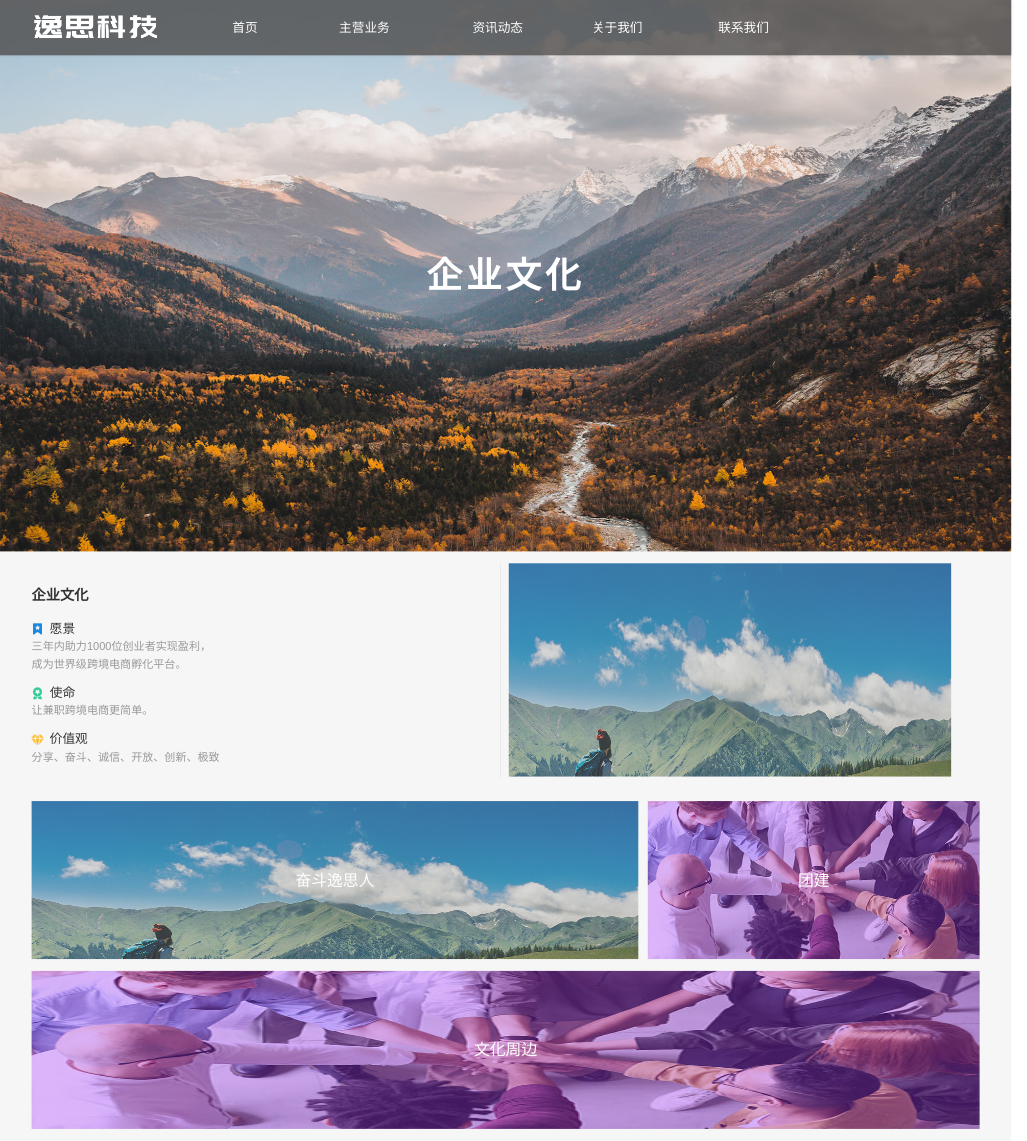
Repository: masterzhang/ztn
Page: brief3.html
An editor plug-in stored every save of this project. The page is shown before and after the next save, followed by the edit.
The browser window is 1280 px wide. The page is 1300 px wide, so the pictures cover 1300 px, including what lies to the right of the window. The pictures show the part of the page from y = 0 to 1444 px (the page is 1888 px tall), at 79% of full size.
Pictures or frames that could not be fetched are drawn as grey boxes.

Above is the page before, as saved 2021-11-25 15:54:06.
Console error: TypeError: Cannot read properties of undefined (reading 'top')

### brief3.html
<!DOCTYPE html
  PUBLIC "-//W3C//DTD XHTML 1.0 Transitional//EN" "http://www.w3.org/TR/xhtml1/DTD/xhtml1-transitional.dtd">
<!-- saved from url=(0032)https://www.ztn.com/culture.html -->
<html xmlns="http://www.w3.org/1999/xhtml">

<head>
  <meta http-equiv="Content-Type" content="text/html; charset=UTF-8">


  <meta http-equiv="X-UA-Compatible" content="IE=edge,chrome=1">
  <meta name="viewport"
    content="width=device-width, user-scalable=yes, initial-scale=0.2, maximum-scale=1.0, minimum-scale=0.2">
  <title>逸思科技-跨境电商孵化平台</title>
  <link href="/css/favicon.ico" rel="shortcut icon">
  <link rel="stylesheet" type="text/css" href="/css/settings.css">
  <link rel="stylesheet" type="text/css" href="/css/responsive.css">
  <link rel="stylesheet" href="/css/korbin.css">
  <script type="text/javascript" src="/js/jquery-3.6.0.min.js"></script>
</head>

<body>

  <div class="head">
    <div class="logo">
      <h1 style="margin-left: 20px;">
        <img src="/self/images2/logo.png" alt="">
      </h1>
    </div>
    <div class="nav">
      <ul>
        <li> <a class="cnh " href="/"> 首页 </a> </li>
        <li> <a class="cnh  arr " href="javascript:void(0);"> 主营业务 </a>
          <div class="sub">
            <a href="/oversea.html"> 业务模式</a>
          </div>
        </li>
        <li> <a class="cnh" href="/news.html"> 资讯动态 </a>
        </li>
        <li> <a class="cnh  arr " href="javascript:void(0);"> 关于我们 </a>
          <div class="sub">
            <a href="/brief2.html"> 企业介绍</a>
            <a href="/brief.html"> 企业发展</a>
            <a href="/culture.html"> 企业地图</a>
            <a href="/brief3.html"> 企业文化</a>
          </div>
        </li>
        <li> <a class="cnh arr" href="/contact.html"> 联系我们 </a>
          <div class="sub">
            <a href="/jobs.html"> 加入我们</a>
            <a href="/contact.html"> 联系我们</a>
          </div>
        </li>
      </ul>
    </div>
  </div>

  <link rel="stylesheet" type="text/css" href="/css/swiper.min.css">

  <div class="PageMain" style="background: #f6f6f6;">
    <div class="bannerInpicx juzhong">
      <img style="width: 100%;" src="/self/images2/企业文化顶图.jpg">
      <p class="ztculture">企业文化</p>
    </div>
    <div class="pagemian">
      <div class="pagemian_swiper">
        <div class="pagemian_swiper_left">
          <h3 class="culture_title">企业文化</h3>
          <div class="culture_line">
            <p class="cultureTilte"><img src="/images/58065b8d337ec5f1d0058ac9f7bae79c.png"> 愿景</p>
            <p class="cultureJie">三年内助力1000位创业者实现盈利，<br />成为世界级跨境电商孵化平台。</p>
          </div>
          <div class="culture_line">
            <p class="cultureTilte"><img src="/images/d44f9d1443049c06d1db48b1de49cf1c.png"> 使命</p>
            <p class="cultureJie">让兼职跨境电商更简单。</p>
          </div>
          <div class="culture_line">
            <p class="cultureTilte"><img src="/images/1cdfa37ff9de252cab676b4e3ab49286.png"> 价值观</p>
            <p class="cultureJie">分享、奋斗、诚信、开放、创新、极致</p>
          </div>

        </div>
        <div class="pagemian_swiper_right" style="display: block;">
          <div class="runbobox" style="padding-left:10px;">
            <img src="/self/images2/企业文化逸思奋斗者.jpg" width="560" height="270" />
          </div>
        </div>
      </div>
    </div>

    <div class="cultureClassifica">
      <div class="cultureClassifica_first">
        <div class="cultureClassifica_first_left"
          style="background: url(/self/images2/企业文化逸思奋斗者.jpg) no-repeat;background-size: 100% 100%;">

          <p class="cultureClassificaTitle">奋斗逸思人</p>
          <div class="cultureDetailebox">
            <div class="cultureDetaile">
              <p>奋斗逸思人</p>
              <p>天下古今之庸人，皆以一惰字致败。------曾国藩</p>
            </div>
          </div>

        </div>
        <div class="cultureClassifica_first_right"
          style="background: url(/self/images2/企业文化团建.jpg) no-repeat;background-size: 100% 100%;">
          <p class="cultureClassificaTitle">团建</p>
          <div class="cultureDetailebox">
            <div class="cultureDetaile">
              <p>团建</p>
              <p>增进感情和团队凝聚力、体现公司关怀实现劳逸结合以及展示员工个人魅力与发掘潜能。 </p>
            </div>
          </div>
        </div>
      </div>
      <div class="cultureClassifica_seceond">
        <div class="cultureClassifica_seceond_right"
          style="width: 100%;background: url(/self/images2/企业文化团建.jpg) no-repeat;background-size: 100% 100%;">
          <p class="cultureClassificaTitle">文化周边</p>
          <div class="cultureDetailebox">
            <div class="cultureDetaile">
              <p>文化周边</p>
              <p>带有逸思鲜明的文化特色，彰显逸思魅力的相关产品：文化衫、帆布袋、水杯、徽章等。</p>
            </div>
          </div>
        </div>
      </div>

      <div class="cultureClassifica_three">
        <div class="cultureClassifica_first_right yuangongGuanhuai"
          style="background: url(&#39;/upload/banner/20210730/6ef6c43417532fb5c79c0cdc8f4ac51c.png&#39;) no-repeat;background-size: 100% 100%;">
          <p class="cultureClassificaTitle">生日会</p>
          <div class="cultureDetailebox">
            <div class="cultureDetaile">
              <p>生日会</p>
              <p>增进员工对公司的认同度和归属感，使广大员工真正地融入到公司大家庭当中，进而保持更好的工作心态，与公司共同成长和发展。</p>
            </div>
          </div>
        </div>
        <div class="cultureClassifica_first_left ballYuangong"
          style="background: url(&#39;/upload/banner/20210730/da8fa69e2b4f1c408cf37126f9adbadb.png&#39;) no-repeat;background-size: 100% 100%;">
          <p class="cultureClassificaTitle">员工俱乐部</p>
          <div class="cultureDetailebox">
            <div class="cultureDetaile">
              <p>俱乐部</p>
              <p>运动可以使我们更接近自然,接近自己本原,丰富社会交往,体育体现出自由开放精神,使其成为人们和睦相处的良方,起到了净化人们身心作用。</p>
            </div>
          </div>
        </div>
      </div>
    </div>

  </div>

  <script src="/js/swiper.min.js"></script>
  <!-- 数字滚动 -->
  <script type="text/javascript" src="/js/TweenLite.min.js"></script>
  <script type="text/javascript" src="/js/lem_counter.js"></script>

  <script type="text/javascript">
    $(function () {
      //窗口显示才加载
      var wrapTop = $(".digital").offset().top;
      var istrue = true;
      $(window).on("scroll",
        function () {
          var s = $(window).scrollTop();
          if (s > wrapTop - 600 && istrue) {
            $('.counter-numb').lemCounter();
            istrue = false;
          };
        });

    })
  </script>
  <script type="text/javascript">
    var mySwiper = new Swiper('.swiper-container', {
      autoplay: true,
      disableOnInteraction: false,
      autoplayDisableOnInteraction: false,//这个加了没啥用
      on: {
        slideChangeTransitionEnd: function () {
          this.autoplay.start();//就加这个玩意儿
        },
      },
      //direction: 'vertical', // 垂直切换选项
      loop: true, // 循环模式选项
      // 如果需要前进后退按钮
      navigation: {
        nextEl: '.swiper-button-next',
        prevEl: '.swiper-button-prev',
      },
      // 如果需要滚动条
    })
  </script>


  <div class="footer" style="clear: both">
    <div class="wrapperKn" style="width: 1300px;">
      <div class="foot_nav">
        <div class="box footlogo" style="align-items: flex-start;">
          <img src="/self/images2/logo.png" alt="">
        </div>
        <div class="box">
          <h3>首页</h3>
          <ul class="list">
            <li><a href="https://www.ztn.com/oversea.html">业务模式</a></li>
          </ul>
        </div>
        <div class="box">
          <h3>主营业务</h3>
          <ul class="list">
            <li><a href="https://www.ztn.com/oversea.html">业务模式</a></li>
          </ul>
        </div>
        <div class="box">
          <h3>咨询动态</h3>
        </div>
        <div class="box">
          <h3>关于我们</h3>
          <ul class="list">
            <li><a href="https://www.goodcang.com/" target="_blank">企业介绍</a></li>
            <li><a href="https://www.yunexpress.cn/" target="_blank">企业发展</a></li>
            <li><a href="https://www.gotenchina.com/" target="_blank">企业地图</a></li>
            <li><a href="https://www.miworldtech.com/">企业文化</a></li>
          </ul>
        </div>
        <div class="box">
          <h3>联系我们</h3>
          <ul class="list">
            <li><a href="https://www.goodcang.com/" target="_blank">联系我们</a></li>
            <li><a href="https://www.yunexpress.cn/" target="_blank">加入我们</a></li>
          </ul>
        </div>
        <div class="box qrcodebox" style="width: auto;">
          <div class="qrcode">
            <h5>微信公众号</h5>
            <img src="/self/images2/qrcode.jpg" alt="" width="150px">
          </div>
        </div>
      </div>
    </div>
  </div>

  <script type="text/javascript" src="/js/korbin.js"></script>

  <div>
    <div
      style="display: none; position: fixed; top: 30px; width: auto; max-width: 100%; text-align: center; left: 50%; transform: translateX(-50%); z-index: 99999999;">
      <div
        style="display: inline-block; font-size: 14px; font-weight: bold; border: 1px solid rgb(240, 195, 109); background-color: rgb(249, 237, 190); padding: 0px 10px; border-radius: 2px; box-shadow: rgba(0, 0, 0, 0.2) 0px 2px 4px;">
      </div>
    </div>
  </div>
</body>

</html>

### js/lem_counter.js
/******/ (function(modules) { // webpackBootstrap
/******/ 	// The module cache
/******/ 	var installedModules = {};
/******/
/******/ 	// The require function
/******/ 	function __webpack_require__(moduleId) {
/******/
/******/ 		// Check if module is in cache
/******/ 		if(installedModules[moduleId]) {
/******/ 			return installedModules[moduleId].exports;
/******/ 		}
/******/ 		// Create a new module (and put it into the cache)
/******/ 		var module = installedModules[moduleId] = {
/******/ 			i: moduleId,
/******/ 			l: false,
/******/ 			exports: {}
/******/ 		};
/******/
/******/ 		// Execute the module function
/******/ 		modules[moduleId].call(module.exports, module, module.exports, __webpack_require__);
/******/
/******/ 		// Flag the module as loaded
/******/ 		module.l = true;
/******/
/******/ 		// Return the exports of the module
/******/ 		return module.exports;
/******/ 	}
/******/
/******/
/******/ 	// expose the modules object (__webpack_modules__)
/******/ 	__webpack_require__.m = modules;
/******/
/******/ 	// expose the module cache
/******/ 	__webpack_require__.c = installedModules;
/******/
/******/ 	// define getter function for harmony exports
/******/ 	__webpack_require__.d = function(exports, name, getter) {
/******/ 		if(!__webpack_require__.o(exports, name)) {
/******/ 			Object.defineProperty(exports, name, {
/******/ 				configurable: false,
/******/ 				enumerable: true,
/******/ 				get: getter
/******/ 			});
/******/ 		}
/******/ 	};
/******/
/******/ 	// getDefaultExport function for compatibility with non-harmony modules
/******/ 	__webpack_require__.n = function(module) {
/******/ 		var getter = module && module.__esModule ?
/******/ 			function getDefault() { return module['default']; } :
/******/ 			function getModuleExports() { return module; };
/******/ 		__webpack_require__.d(getter, 'a', getter);
/******/ 		return getter;
/******/ 	};
/******/
/******/ 	// Object.prototype.hasOwnProperty.call
/******/ 	__webpack_require__.o = function(object, property) { return Object.prototype.hasOwnProperty.call(object, property); };
/******/
/******/ 	// __webpack_public_path__
/******/ 	__webpack_require__.p = "";
/******/
/******/ 	// Load entry module and return exports
/******/ 	return __webpack_require__(__webpack_require__.s = 0);
/******/ })
/************************************************************************/
/******/ ([
/* 0 */
/***/ (function(module, exports, __webpack_require__) {

"use strict";
/*
 Version: 1.0.0
 Author: lemehovskiy
 Website: http://lemehovskiy.github.io
 Repo: https://github.com/lemehovskiy/lem_counter
 */



var _typeof = typeof Symbol === "function" && typeof Symbol.iterator === "symbol" ? function (obj) { return typeof obj; } : function (obj) { return obj && typeof Symbol === "function" && obj.constructor === Symbol && obj !== Symbol.prototype ? "symbol" : typeof obj; };

var _createClass = function () { function defineProperties(target, props) { for (var i = 0; i < props.length; i++) { var descriptor = props[i]; descriptor.enumerable = descriptor.enumerable || false; descriptor.configurable = true; if ("value" in descriptor) descriptor.writable = true; Object.defineProperty(target, descriptor.key, descriptor); } } return function (Constructor, protoProps, staticProps) { if (protoProps) defineProperties(Constructor.prototype, protoProps); if (staticProps) defineProperties(Constructor, staticProps); return Constructor; }; }();

function _classCallCheck(instance, Constructor) { if (!(instance instanceof Constructor)) { throw new TypeError("Cannot call a class as a function"); } }

(function ($) {
    var LemCounter = function () {
        function LemCounter(element, options) {
            _classCallCheck(this, LemCounter);

            var self = this;

            //extend by function call
            self.settings = $.extend(true, {
                value_from: 0,
                value_to: 0,
                locale: false,
                value_to_from_content: false,
                animate_duration: 2
            }, options);

            self.$element = $(element);

            self.to_fixed_digits = 0;

            //extend by data options
            self.data_options = self.$element.data('lem-counter');
            self.settings = $.extend(true, self.settings, self.data_options);

            //value to from content
            if (self.settings.value_to_from_content) {
                //check if number and remove commas
                if (!isNaN(self.$element.text().replace(/,/g, ''))) {
                    self.settings = $.extend(true, self.settings, {
                        value_to: Number(self.$element.text().replace(/,/g, ''))
                    });
                }
            }

            //set start value
            self.counter_helper = { val: self.settings.value_from };

            self.init();
        }

        _createClass(LemCounter, [{
            key: 'init',
            value: function init() {

                var self = this;

                var counter_to = self.settings.value_to;

                //check if number is float
                if (isFloat(counter_to)) {
                    var string_counter_val_to = counter_to.toString();

                    self.to_fixed_digits = string_counter_val_to.substr(string_counter_val_to.indexOf('.') + 1).length;
                }

                TweenLite.to(self.counter_helper, self.settings.animate_duration, {
                    val: counter_to,
                    onUpdate: updateHandler,
                    ease: Linear.easeNone,
                    onComplete: function onComplete() {
                        self.$element.trigger('onComplete.lc');
                    }
                });

                function isFloat(n) {
                    return Number(n) === n && n % 1 !== 0;
                }

                function updateHandler() {
                    var value = self.counter_helper.val;

                    var num = value.toFixed(self.to_fixed_digits);

                    var num_locale = 0;

                    if (self.to_fixed_digits == 0) {
                        num_locale = parseInt(num);
                    } else {
                        num_locale = parseFloat(num);
                    }

                    if (self.settings.locale) {
                        num_locale = num_locale.toLocaleString(self.settings.locale, { maximumFractionDigits: self.to_fixed_digits });
                    }

                    self.$element.text(num_locale);
                }
            }
        }]);

        return LemCounter;
    }();

    $.fn.lemCounter = function () {
        var $this = this,
            opt = arguments[0],
            args = Array.prototype.slice.call(arguments, 1),
            length = $this.length,
            i = void 0,
            ret = void 0;
        for (i = 0; i < length; i++) {
            if ((typeof opt === 'undefined' ? 'undefined' : _typeof(opt)) == 'object' || typeof opt == 'undefined') $this[i].lem_counter = new LemCounter($this[i], opt);else ret = $this[i].lem_counter[opt].apply($this[i].lem_counter, args);
            if (typeof ret != 'undefined') return ret;
        }
        return $this;
    };
})(jQuery);

/***/ })
/******/ ]);

### js/korbin.js
/**
 *
 * @authors Korbin 280674094@qq.com
 * @date    2019-04-24 17:04:26
 * @version $Id$
 */

$(function(){

	$(".coordinate-item").hover(function(){
		$(this).find(".city-name").stop().animate({bottom:'40px',opacity:'0'},260,function(){
			$(this).hide();
		});
		$(this).find(".warehouse-detail").show().stop().animate({bottom:'26px',opacity:'1'},200);
	},function(){
		$(this).find(".warehouse-detail").stop().animate({bottom:'50px',opacity:'0'},200,function(){
			$(this).hide();
		});
		$(this).find(".city-name").show().stop().animate({bottom:'26px',opacity:'1'},260);
	});

	$(".coordinate-item").hover(function(){
		$(this).find(".warehouse_dright").show().stop().animate({left:'22px',opacity:'1'},200);
	},function(){
		$(this).find(".warehouse_dright").stop().animate({left:'50px',opacity:'0'},200,function(){
			$(this).hide();
		});

	});

	$(".switchFunc .tabT .box span").click(function(){
		$(this).addClass('curr').siblings().removeClass('curr');
	    var index = $(this).index();
	    var ip = $(this).parents('li');
	    number = index;
	    ip.find('.switchBody .item').hide();
	    ip.find('.switchBody .item:eq('+index+')').show();
	    var title = $(this).parents('.switchBrandLogo');
	    title.find('.showtp').text($(this).text());
	    title.find('.showtp').removeClass('active');
	    title.find('.box').slideUp('fast');
	});

	$('.switchBrandLogo .showtp').click(function(){
		$(this).parent().find('.box').stop().toggle();
		if($(this).hasClass('active')){
			$(this).removeClass('active')
		}else{
			$(this).addClass('active')
		}
	})

	// 视频新增与修改
	$('body').on('click','.playShade',function(){
		$(this).parent('.videoInner').addClass('videoPlay');
		document.getElementById('ourvideo').play();
		$(this).hide();
	});

	$('body').on('click','.closeVideoBtn',function(){
		document.getElementById('ourvideo').pause();
		$(this).parent('.videoInner').removeClass('videoPlay');
		$(this).parent('.videoInner').find('.playShade').show();
	});
	// video end

	$(".Ellipsis").each(function (i) {
        var divH = $(this).height();
        var $p = $(".gt", $(this)).eq(0);
        while ($p.outerHeight() > divH) {
          $p.text($p.text().replace(/(\s)*([a-zA-Z0-9]+|\W)(\.\.\.)?$/, "..."));
        };
      });

})

Loaded but not shown: css/settings.css (library); css/responsive.css (library); css/korbin.css (library); js/jquery-3.6.0.min.js (library); css/swiper.min.css (library); js/swiper.min.js (library); js/TweenLite.min.js (library)

After the next save:
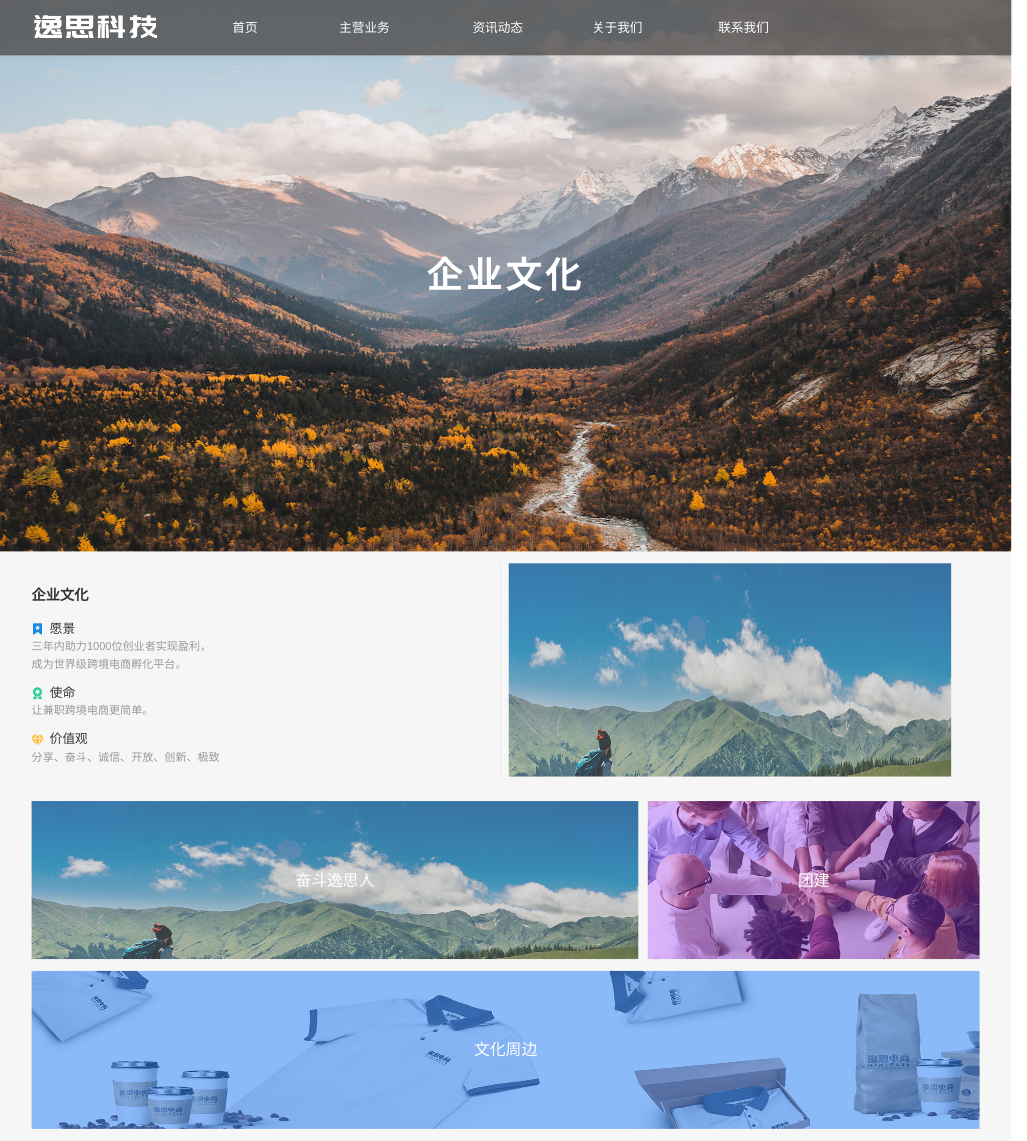
Saved 10 s later.
--- a/brief3.html
+++ b/brief3.html
@@ -114,7 +114,7 @@
       </div>
       <div class="cultureClassifica_seceond">
         <div class="cultureClassifica_seceond_right"
-          style="width: 100%;background: url(/self/images2/企业文化团建.jpg) no-repeat;background-size: 100% 100%;">
+          style="width: 100%;background: url(/self/images2/企业文化文化周边.jpg) no-repeat;background-size: 100% 100%;">
           <p class="cultureClassificaTitle">文化周边</p>
           <div class="cultureDetailebox">
             <div class="cultureDetaile">
